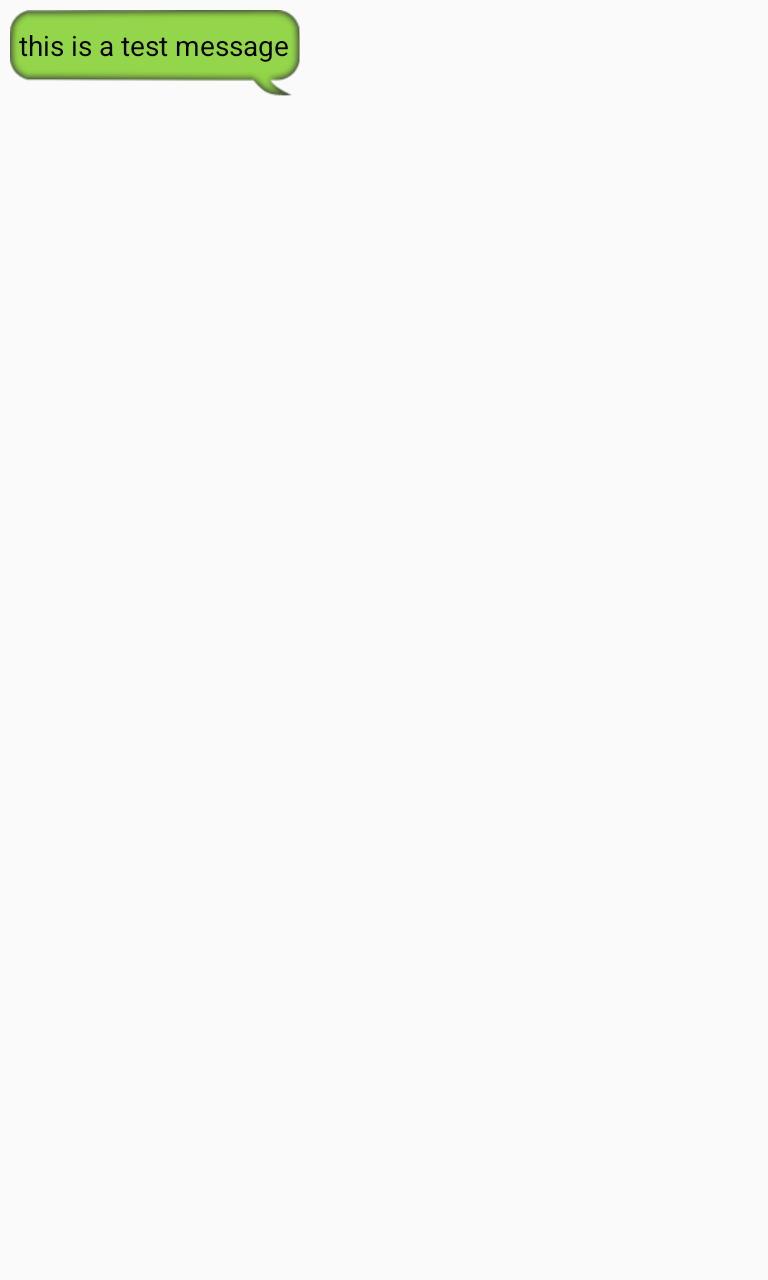
Repository: fareehaamjad/SMI-final
Layout: SecureMobileIdentity/res/layout/sms_row.xml
The author's editor kept a copy of each file at every save. The layout is drawn from the files as they stood at one save, then again after the next save.
It is drawn on a 768 x 1280 px phone screen (xhdpi) without system bars, with theme AppTheme; the app's code is not run.

Above is the layout before, as saved 2015-08-22 09:32:27.

After the next save:
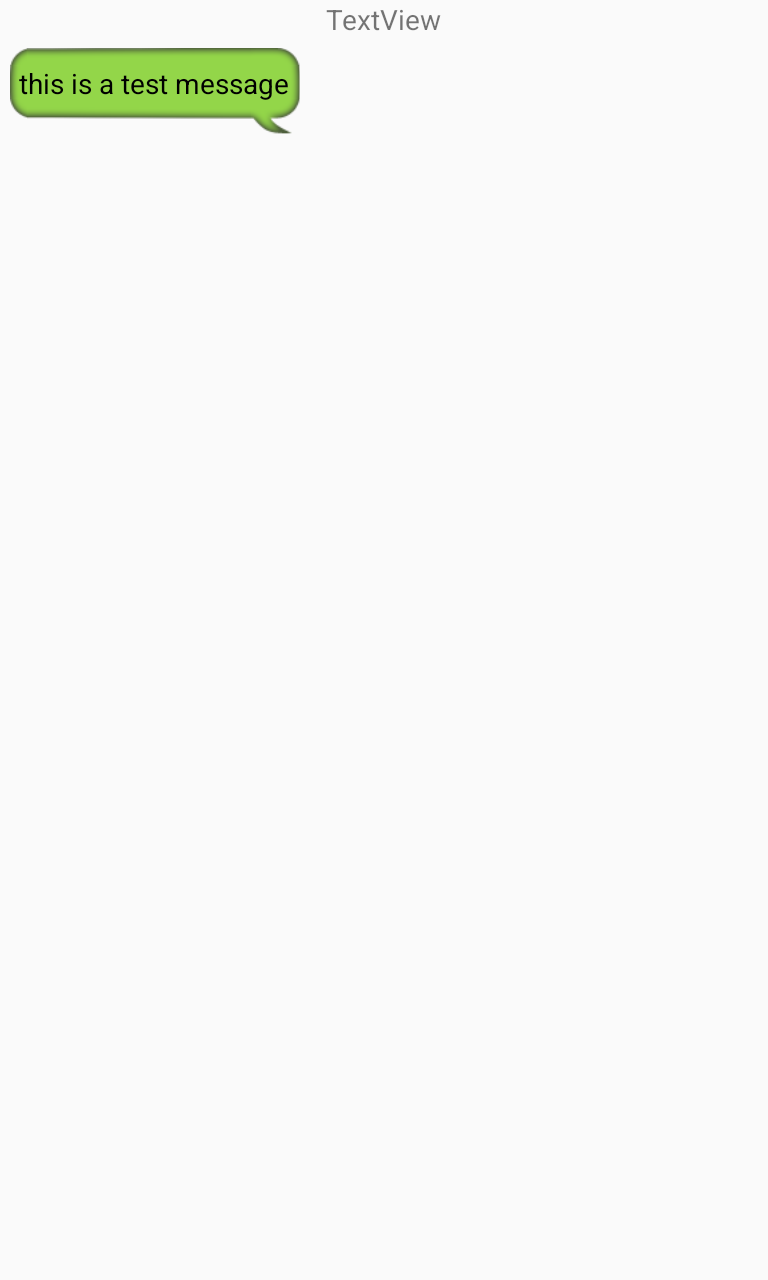
Saved 2 min 56 s later.
--- a/SecureMobileIdentity/res/layout/sms_row.xml
+++ b/SecureMobileIdentity/res/layout/sms_row.xml
@@ -3,6 +3,13 @@
     android:layout_width="fill_parent"
     android:layout_height="fill_parent"
     android:orientation="vertical" >
+
+    <TextView
+        android:id="@+id/textView1"
+        android:layout_width="wrap_content"
+        android:layout_height="wrap_content"
+        android:layout_gravity="center_horizontal"
+        android:text="TextView" />
 
     <TextView
         android:id="@+id/message_text"
